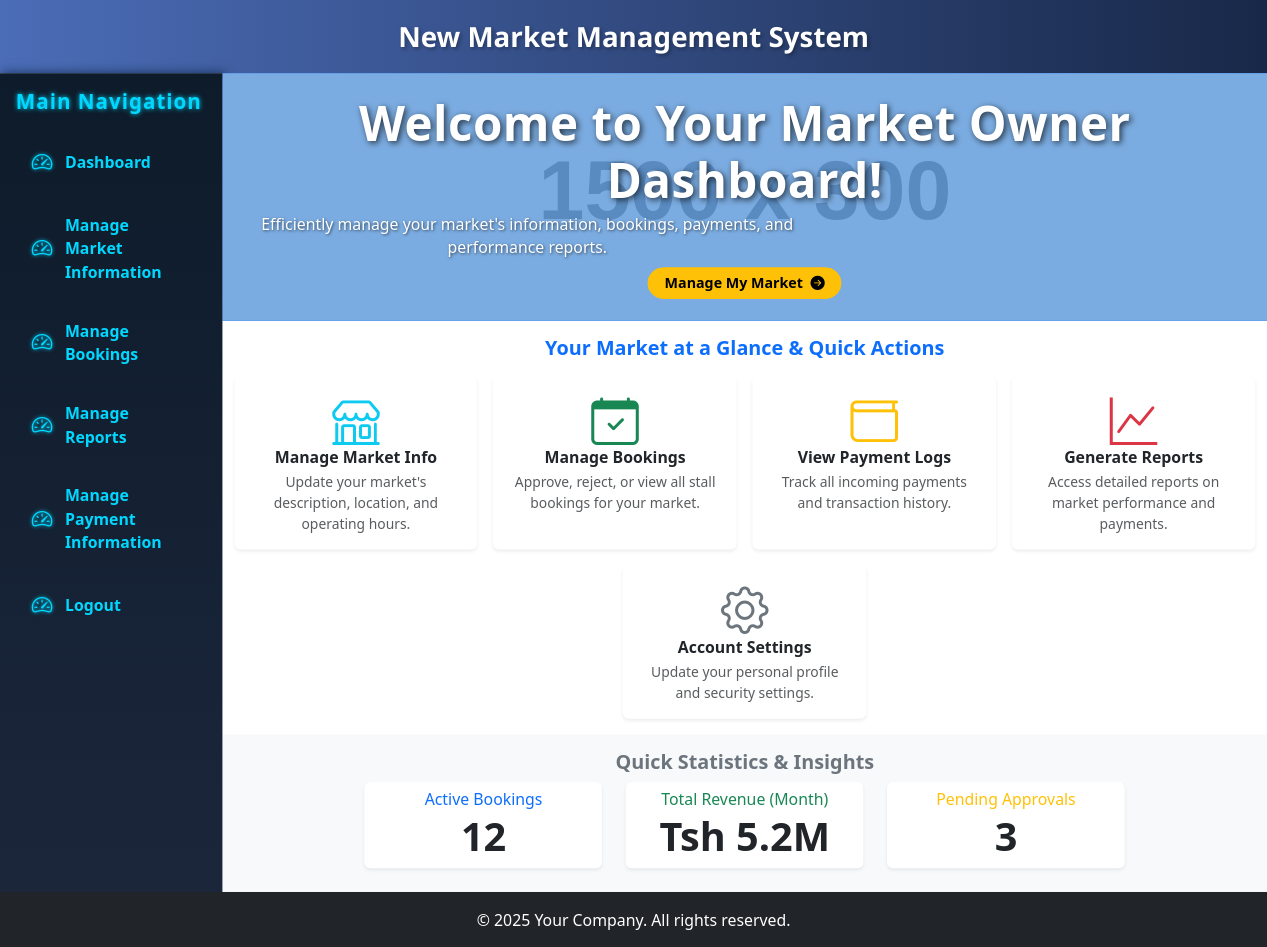
Repository: AbdulqadirSaid/react-market-front-end
Page: /owner-dash
These files come from the project's save history. The page is drawn as it stood at one moment and after the next save; the edit follows.
The browser window is 1280 px wide. The pictures show the whole page, at 99% of full size.
The project was rebuilt for these pictures with package versions that can differ from the ones it lists, and the page was loaded fresh each time. Also part of the build but not shown: src/index.css, src/LoginForm.js, src/App.css, src/admin/AdminDashboard.js, src/admin/ManageCustomers.js, src/admin/ManageMarketOwner.js, src/admin/GenerateReport.js, src/admin/AccountSetting.js and 10 more.

Above is the page before, as saved 2025-06-03 15:17:15.

After the next save:
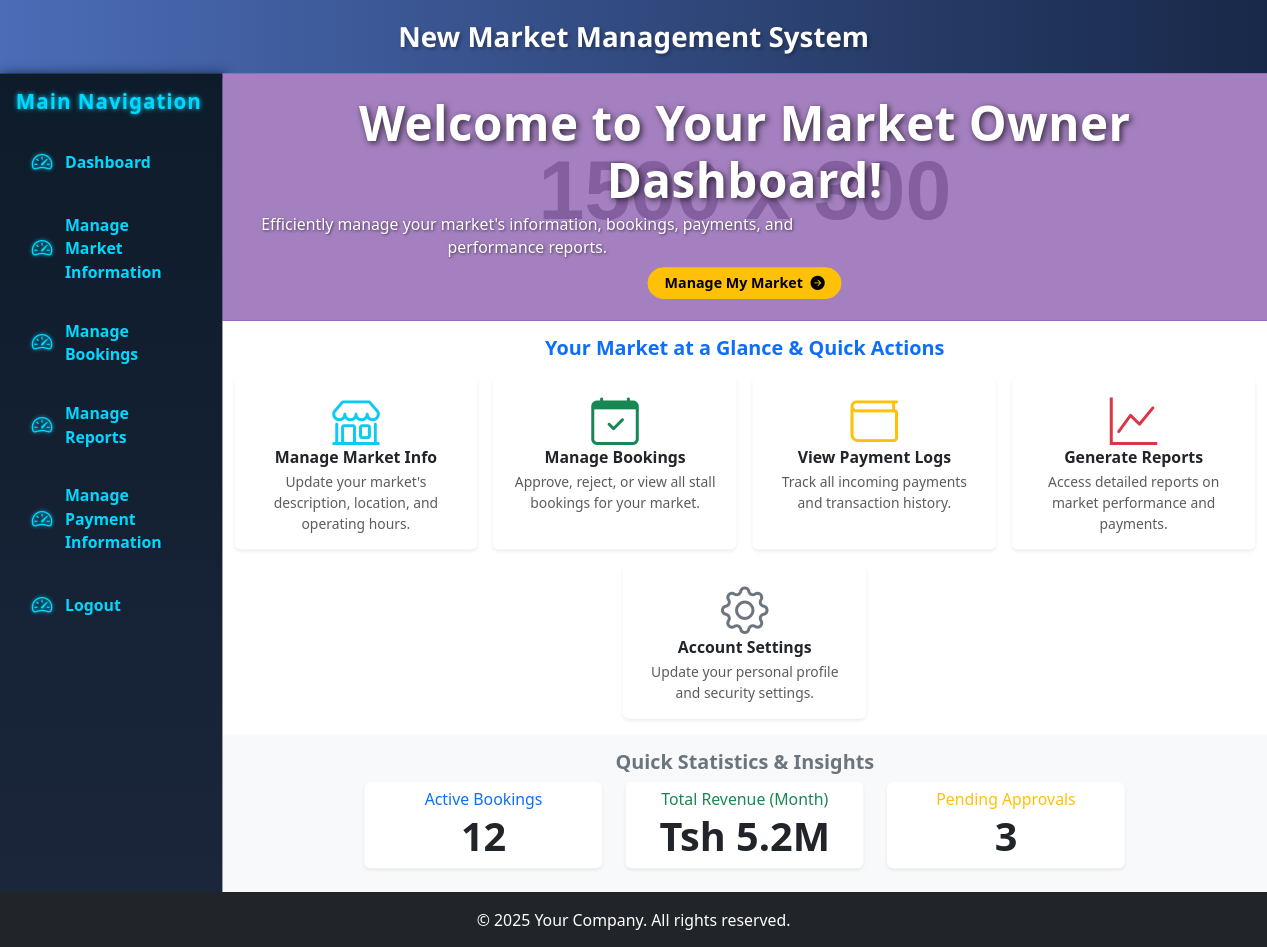
Saved 5 min 0 s later.
--- a/src/owner/OwnerDashboard.js
+++ b/src/owner/OwnerDashboard.js
@@ -5,7 +5,7 @@ import Sidebar from "../components/Sidebar";
 import Footer from "../components/Footer";
 import { NavLink, Outlet } from "react-router-dom";
 
-const OwnerDashboard = () => { // Renamed Dashboard to OwnerDashboard for clarity and consistency
+const OwnerDashboard = () => {
 
   return (
     <div className="d-flex flex-column min-vh-100">
@@ -13,14 +13,14 @@ const OwnerDashboard = () => { // Renamed Dashboard to OwnerDashboard for clarit
       <div className="d-flex flex-grow-1">
         <Sidebar userRole="Owner" />
         <main className="flex-grow-1" style={{ backgroundColor: "#f8f9fa" }}>
-          {/* Hero Section: Main Welcome for Market Owners - Removed black color */}
+          {/* Hero Section: Main Welcome for Market Owners - Changed to deep purple */}
           <section
-            // Changed bg-dark to bg-primary (Bootstrap blue)
-            className="py-3 text-center text-white bg-primary position-relative overflow-hidden"
+            // Removed bg-primary class, relying on inline style for custom purple
+            className="py-3 text-center text-white position-relative overflow-hidden"
             style={{
-              // Changed placeholder image to a blue background
+              backgroundColor: "#6a0dad", // Deep purple background
               backgroundImage:
-                'url("https://via.placeholder.com/1500x300/007bff/ffffff?text=Your+Marketplace+Hub")', // Bootstrap primary blue
+                'url("https://via.placeholder.com/1500x300/6a0dad/ffffff?text=Your+Marketplace+Hub")', // Placeholder image matching purple
               backgroundSize: "cover",
               backgroundPosition: "center",
               minHeight: "250px",
@@ -28,8 +28,8 @@ const OwnerDashboard = () => { // Renamed Dashboard to OwnerDashboard for clarit
               alignItems: "center",
               justifyContent: "center",
               flexDirection: "column",
-              // Changed rgba(0,0,0,0.5) (black overlay) to rgba(0, 123, 255, 0.4) (blue overlay)
-              boxShadow: "inset 0 0 0 2000px rgba(0, 123, 255, 0.4)", // Blue overlay (Bootstrap primary blue)
+              // Changed overlay to a deep purple (rgba)
+              boxShadow: "inset 0 0 0 2000px rgba(106, 13, 173, 0.4)", // Deep purple overlay
             }}
           >
             <div className="container px-2">
@@ -97,7 +97,6 @@ const OwnerDashboard = () => { // Renamed Dashboard to OwnerDashboard for clarit
                   </NavLink>
                 </div>
                 {/* Card 4: Generate Reports */}
-                {/* Corrected path from /owner-dash/generate-reports to /owner-dash/manage-reports */}
                 <div className="col-md-4 col-lg-3 animate__animated animate__fadeInUp" style={{ animationDelay: '0.6s' }}>
                   <NavLink to="/owner-dash/manage-reports" className="card h-100 shadow-sm border-0 text-decoration-none text-dark hover-shadow-lg">
                     <div className="card-body text-center p-3">
@@ -124,7 +123,6 @@ const OwnerDashboard = () => { // Renamed Dashboard to OwnerDashboard for clarit
           {/* Quick Statistics & Insights */}
           <section className="py-3 bg-light text-center">
             <div className="container">
-              {/* Changed text-dark to text-secondary for softer look */}
               <h3 className="h5 fw-bold mb-2 text-secondary">Quick Statistics & Insights</h3>
               <div className="row justify-content-center">
                 <div className="col-md-6 col-lg-3 mb-2">
